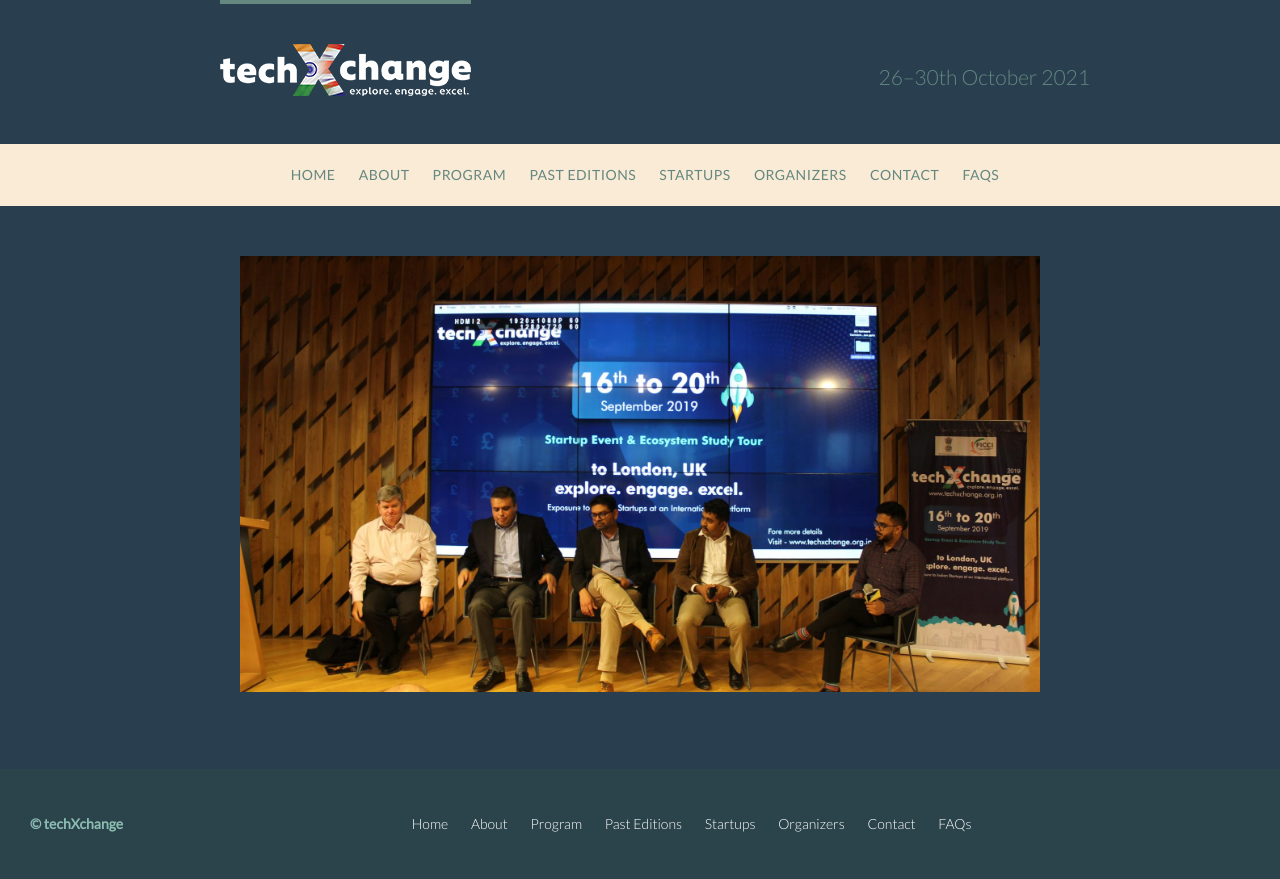
Repository: srush-shah/techXchange
Page: index.html
These files come from the project's save history. The page is drawn as it stood at one moment and after the next save; the edit follows.
The browser window is 1280 px wide. The pictures show the whole page.

Above is the page before, as saved 2021-07-16 04:45:20.

### index.html
<!DOCTYPE html>
<html lang="en">
  <head>
    <meta charset="utf-8" />
    <title>techXchange: A bridge for growth</title>
    <link rel="stylesheet" type="text/css" href="assets/stylesheets/main.css" />
    <link rel="preconnect" href="https://fonts.gstatic.com" />
    <link
      href="https://fonts.googleapis.com/css2?family=Lato:ital,wght@0,100;0,300;0,400;1,100;1,300;1,400&display=swap"
      rel="stylesheet"
    />
  </head>
  <body>
    <header class="primary-header container group">
      <section class="container">
        <h1 class="logo">
          <a href="index.html">
            <img
              src="assets/images/techxchange-logo.png"
              alt="techXchange logo"
            />
          </a>
        </h1>
      </section>
      <h3 class="tagline">26&ndash;30th October 2021</h3>
      <section>
        <a
          class="instagram"
          href="https://www.instagram.com/techxchange2020/"
          title="Instagram"
          target="_blank"
          ><span><i class="fab fa-instagram"></i></span
        ></a>
        <a
          class="facebook"
          href="https://www.facebook.com/Techxchange2020/"
          title="Follow us on Facebook"
          target="_blank"
          ><span><i class="fab fa-facebook"></i></span
        ></a>
        <a
          class="twitter"
          href="https://twitter.com/techXchange2020"
          title="Twitter"
          target="_blank"
          ><span><i class="fab fa-twitter"></i></span
        ></a>
        <a
          class="linkedin"
          href="https://www.linkedin.com/company/techxchange2020/"
          title="LinkedIn"
          target="_blank"
          ><span><i class="fab fa-linkedin"></i></span
        ></a>
      </section>
    </header>
    <nav class="nav primary-nav">
      <ul>
        <li><a href="index.html">Home</a></li>
        <!--
            -->
        <li><a href="#about">About</a></li>
        <!--
            -->
        <li><a href="#program">Program</a></li>
        <!--
            -->
        <li><a href="#past_edits">Past Editions</a></li>
        <!--
            -->
        <li><a href="startups.html">Startups</a></li>
        <!--
            -->
        <li><a href="#organizers">Organizers</a></li>
        <!--
            -->
        <li><a href="#contact">Contact</a></li>
        <!--
            -->
        <li><a href="#faqs">FAQs</a></li>
        <!--
            -->
      </ul>
    </nav>
    <!-- Slideshow container -->
    <div class="slideshow-container">
      <!-- Full-width images with number and caption text -->
      <div class="mySlides fade">
        <img src="assets/images/banner01.jpg" style="width: 100%" />
      </div>

      <div class="mySlides fade">
        <img
          src="assets/images/banner02.jpg"
          style="width: 100%; background-color: antiquewhite"
        />
      </div>

      <div class="mySlides fade">
        <img src="assets/images/banner03.jpg" style="width: 100%" />
      </div>
    </div>
    <br />
    <footer class="primary-footer container group">
      <small>&copy; techXchange</small>
      <nav class="nav">
        <ul>
          <li><a href="index.html">Home</a></li>
          <!--
              -->
          <li><a href="#about">About</a></li>
          <!--
              -->
          <li><a href="#program">Program</a></li>
          <!--
              -->
          <li><a href="#past_edits">Past Editions</a></li>
          <!--
              -->
          <li><a href="startups.html">Startups</a></li>
          <!--
              -->
          <li><a href="#organizers">Organizers</a></li>
          <!--
              -->
          <li><a href="#contact">Contact</a></li>
          <!--
              -->
          <li><a href="#faqs">FAQs</a></li>
          <!--
              -->
        </ul>
      </nav>
    </footer>
    <script src="assets/js/carousel.js"></script>
  </body>
</html>

### assets/stylesheets/main.css
x/* http://meyerweb.com/eric/tools/css/reset/ 2. v2.0 | 20110126
  License: none (public domain)
*/

html, body, div, span, applet, object, iframe,
h1, h2, h3, h4, h5, h6, p, blockquote, pre,
a, abbr, acronym, address, big, cite, code,
del, dfn, em, img, ins, kbd, q, s, samp,
small, strike, strong, sub, sup, tt, var,
b, u, i, center,
dl, dt, dd, ol, ul, li,
fieldset, form, label, legend,
table, caption, tbody, tfoot, thead, tr, th, td,
article, aside, canvas, details, embed,
figure, figcaption, footer, header, hgroup,
menu, nav, output, ruby, section, summary,
time, mark, audio, video {
  margin: 0;
  padding: 0;
  border: 0;
  font-size: 100%;
  font: inherit;
  vertical-align: baseline;
}
/* HTML5 display-role reset for older browsers */
article,
aside,
details,
figcaption,
figure,
footer,
header,
hgroup,
menu,
nav,
section {
  display: block;
}
body {
  line-height: 1;
}
ol,
ul {
  list-style: none;
}
blockquote,
q {
  quotes: none;
}
blockquote:before,
blockquote:after,
q:before,
q:after {
  content: "";
  content: none;
}
table {
  border-collapse: collapse;
  border-spacing: 0;
}

/*
  ========================================
  Custom styles
  ========================================
*/

body {
  background: #293f50;
  color: #888;
  font: 300 16px/22px "Lato", "Open Sans", "Helvetica Neue", Helvetica, Arial,
    sans-serif;
}

/*
  ========================================
  Grid
  ========================================
*/

*,
*:before,
*:after {
  -webkit-box-sizing: border-box;
  -moz-box-sizing: border-box;
  box-sizing: border-box;
}

.container {
  margin: 0 auto;
  padding-left: 30px;
  padding-right: 30px;
  width: 960px;
}

.col-1-3 {
  width: 33.33%;
}

.col-2-3 {
  width: 66.66%;
}

.col-1-3,
.col-2-3 {
  display: inline-block;
  vertical-align: top;
}

.grid,
.col-1-3,
.col-2-3 {
  padding-left: 15px;
  padding-right: 15px;
}

.container,
.grid {
  margin: 0 auto;
  width: 960px;
}

.container {
  padding-left: 30px;
  padding-right: 30px;
}

/*
  ========================================
  Clearfix
  ========================================
*/

.group:before,
.group:after {
  content: " ";
  display: table;
}

.group:after {
  clear: both;
}

.group {
  clear: both;
  *zoom: 1;
}

/*
  ========================================
  Rows
  ========================================
*/

.row,
.row-alt {
  min-width: 960px;
}
.row {
  background: #fff;
  padding: 66px 0 44px 0;
}
.row-alt {
  background: #cbe2c1;
  background: -webkit-linear-gradient(to right, #a1d3b0, #f6f1d3);
  background: -moz-linear-gradient(to right, #a1d3b0, #f6f1d3);
  background: linear-gradient(to right, #a1d3b0, #f6f1d3);
  padding: 44px 0 22px 0;
}

/*
  ========================================
  Typography
  ========================================
*/

h1,
h3,
h4,
h5,
p {
  margin-bottom: 22px;
}

h1,
h2,
h3,
h4 {
  color: #648880;
}

h1 {
  font-size: 36px;
  line-height: 44px;
}

h2 {
  font-size: 24px;
  line-height: 44px;
}

h3 {
  font-size: 21px;
}

h4 {
  font-size: 18px;
}

h5 {
  color: #a9b2b9;
  font-size: 14px;
  font-weight: 400;
  text-transform: uppercase;
}

strong {
  font-weight: 400;
}

cite,
em {
  font-style: italic;
}

/*
  ========================================
  Leads
  ========================================
*/

.lead {
  text-align: center;
}
.lead p {
  font-size: 21px;
  line-height: 33px;
}

/*
  ========================================
  Buttons
  ========================================
*/

.btn {
  border-radius: 5px;
  color: #fff;
  cursor: pointer;
  display: inline-block;
  font-weight: 400;
  letter-spacing: 0.5px;
  margin: 0;
  text-transform: uppercase;
}
.btn-alt {
  border: 1px solid #fff;
  padding: 10px 30px;
}
.btn-alt:hover {
  background: #fff;
  color: #648880;
}
.btn-default {
  border: 0;
  background: #648880;
  padding: 11px 30px;
  font-size: 14px;
}
.btn-default:hover {
  background: #77a198;
}

/*
  ========================================
  Home
  ========================================
*/

.hero {
  color: #fff;
  line-height: 44px;
  padding: 22px 80px 66px 80px;
  text-align: center;
}

.hero h2 {
  font-size: 36px;
}

.hero p {
  font-size: 24px;
  font-weight: 100;
}

.teaser a:hover h3 {
  color: #a9b2b9;
}
.teaser img {
  border-radius: 5px;
  display: block;
  margin-bottom: 22px;
  max-width: 100%;
}

/*
  ========================================
  Primary header
  ========================================
*/

.logo {
  border-top: 4px solid #648880;
  float: left;
  font-size: 48px;
  font-weight: 100;
  letter-spacing: 0.5px;
  line-height: 44px;
  padding: 40px 0 22px 0;
  text-transform: uppercase;
}

.tagline {
  margin: 66px 0 22px 0;
  text-align: right;
}

.primary-nav {
  font-size: 14px;
  font-weight: 400;
  letter-spacing: 0.5px;
  text-transform: uppercase;
  background-color: antiquewhite;
  padding: 20px;
}

/*
  ========================================
  Primary footer
  ========================================
*/
.primary-footer {
  color: #8dbdb2;
  font-size: 14px;
  padding-bottom: 44px;
  padding-top: 44px;
  background-color: rgb(43, 68, 75);
}

.primary-footer small {
  float: left;
  font-weight: 900;
}

footer.container {
  max-width: 1500px;
  width: 100%;
}

/*
  ========================================
  Links
  ========================================
*/

a:hover {
  color: #a9b2b9;
}

a {
  color: #648880;
  text-decoration: none;
}

p a {
  border-bottom: 1px solid #dfe2e5;
}

.primary-header a,
.primary-footer a {
  color: #fff;
}

.primary-header a:hover,
.primary-footer a:hover {
  color: #648880;
}

/*
  ========================================
  Navigation
  ========================================
*/

.nav {
  text-align: center;
}
.nav li {
  display: inline-block;
  margin: 0 10px;
  vertical-align: top;
}
.nav li:last-child {
  margin-right: 0;
}

/*
  ========================================
  Carousel
  ========================================
*/

/* Slideshow container */
.slideshow-container {
  max-width: 800px;
  position: relative;
  margin: 50px auto;
}

/* Hide the images by default */
.mySlides {
  display: none;
}

/* Fading animation */
.fade {
  -webkit-animation-name: fade;
  -webkit-animation-duration: 5s;
  animation-name: fade;
  animation-duration: 5s;
}

@-webkit-keyframes fade {
  from {
    opacity: 0.4;
  }
  to {
    opacity: 1;
  }
}

@keyframes fade {
  from {
    opacity: 0.4;
  }
  to {
    opacity: 1;
  }
}

### assets/js/carousel.js
var slideIndex = 0;
showSlides();

function showSlides() {
  var i;
  var slides = document.getElementsByClassName("mySlides");
  for (i = 0; i < slides.length; i++) {
    slides[i].style.display = "none";
  }
  slideIndex++;
  if (slideIndex > slides.length) {
    slideIndex = 1;
  }
  slides[slideIndex - 1].style.display = "block";
  setTimeout(showSlides, 10000); // Change image every 10 seconds
}

After the next save:
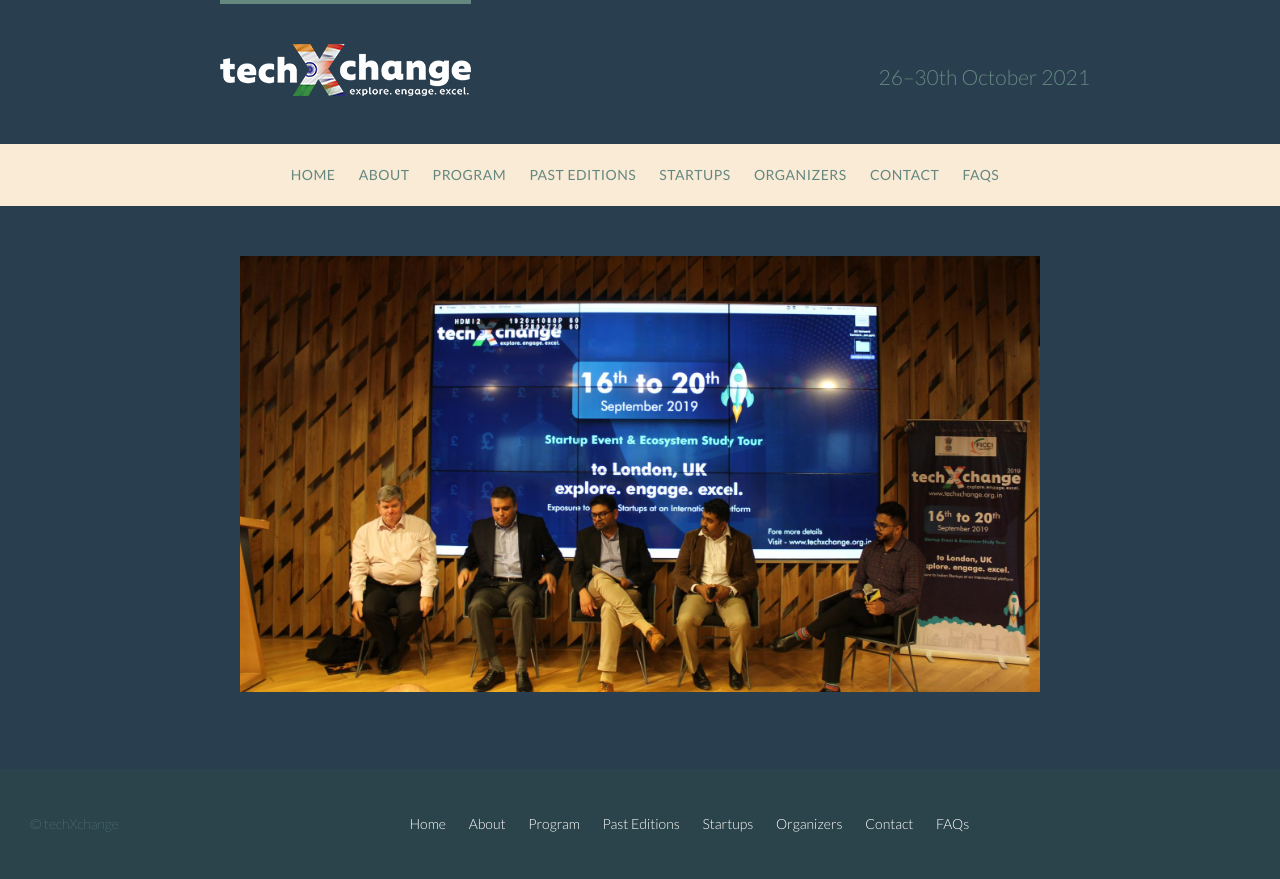
Saved 5 s later.
--- a/assets/stylesheets/main.css
+++ b/assets/stylesheets/main.css
@@ -349,7 +349,7 @@
 
 .primary-footer small {
   float: left;
-  font-weight: 900;
+  font-weight: 100;
 }
 
 footer.container {
